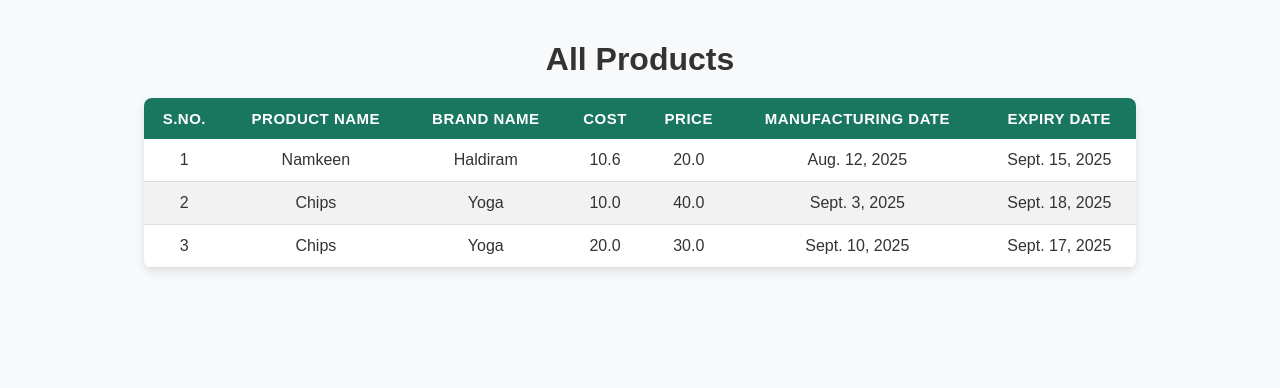
Repository: gautamsonam011/CMS
Page: http://localhost/getproduct/
These files come from the project's save history. The page is drawn as it stood at one moment and after the next save; the edit follows.
The browser window is 1280 px wide. The pictures show the whole page.
The page is served by the project's application, run on Django 5.2 (manage.py). The page reads the database file committed with the project.

Above is the page before, as saved 2025-09-13 13:05:42.

After the next save:
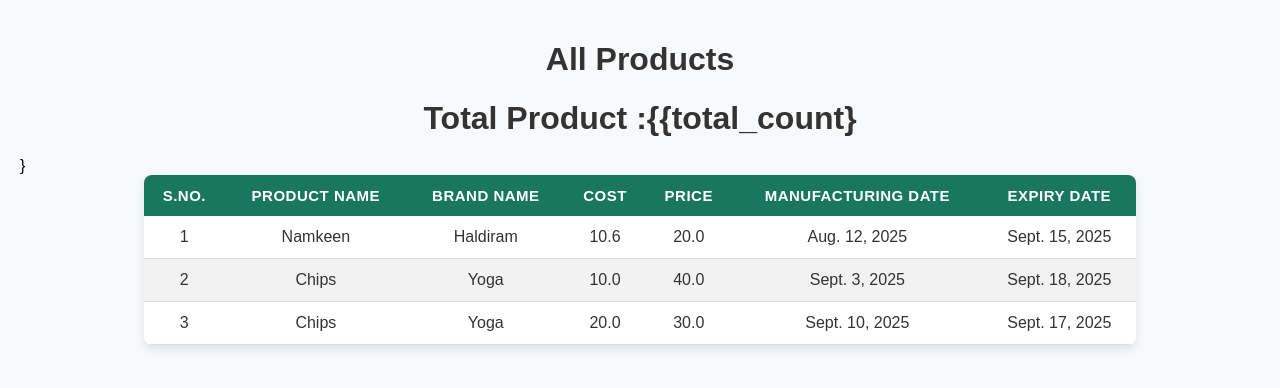
Saved 2 min 31 s later.
--- a/templates/getProduct.html
+++ b/templates/getProduct.html
@@ -92,6 +92,9 @@
         </tr>
         {% endfor %}
       </tbody>
+      <tfoot>
+        <h1>Total Product :{{total_count}</h1>}
+      </tfoot>
     </table>
   </form>
 </body>
